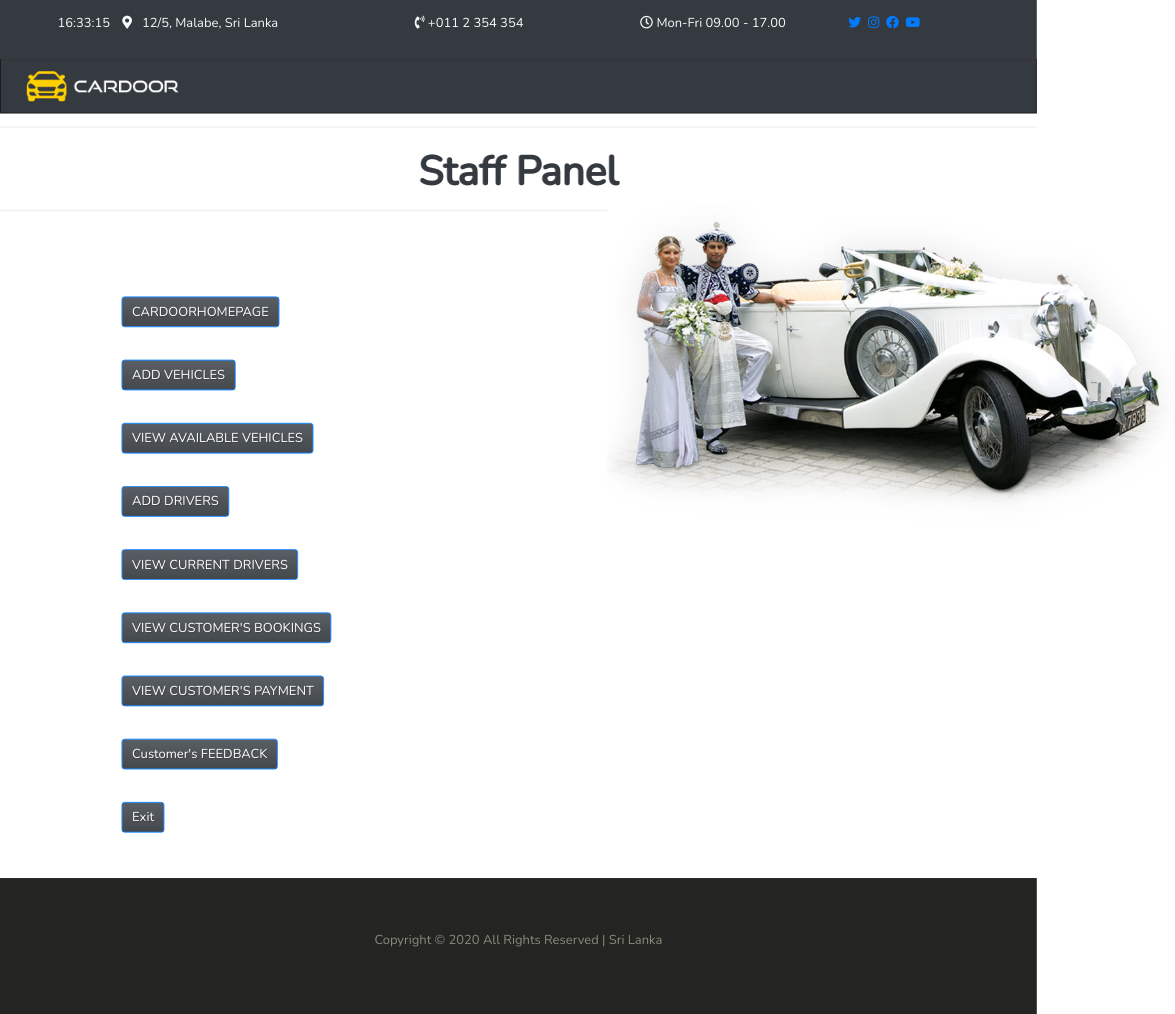
Repository: NipunLakshan99/Cardoor
Page: http://localhost/RentCar/StaffMenu.jsp
The author's editor kept a copy of each file at every save. The page is drawn from the files as they stood at one save, then again after the next save.
The browser window is 1280 px wide. The page is 1450 px wide, so the pictures cover 1450 px, including what lies to the right of the window. The pictures show the whole page, at 81% of full size.
Some web libraries are served in a nearby version. The page is served by Tomcat 9.

Above is the page before, as saved 2020-05-13 11:27:13.

After the next save:
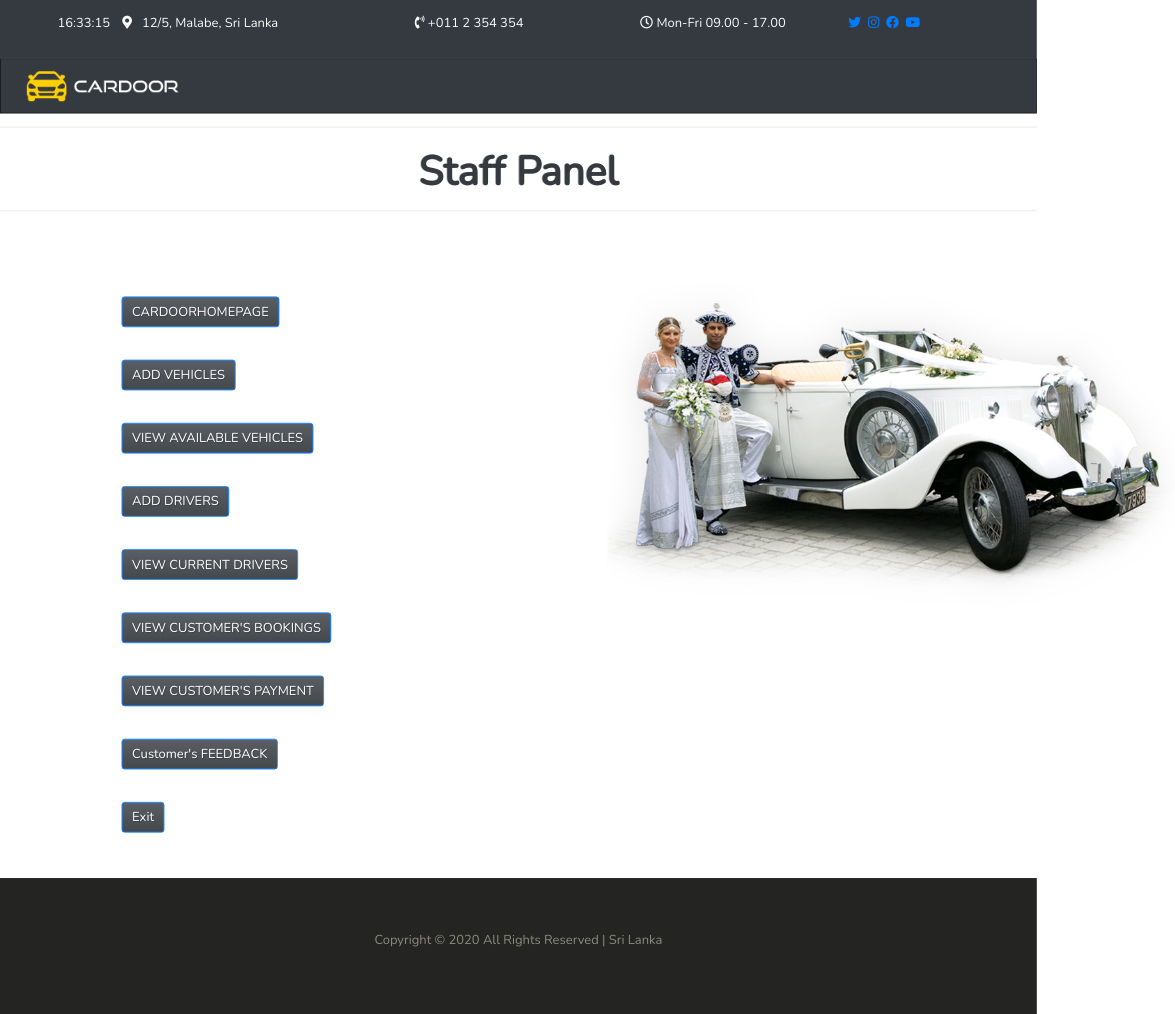
Saved 29 s later.
--- a/RentCar/WebContent/CSS/stylesheet.css
+++ b/RentCar/WebContent/CSS/stylesheet.css
@@ -77,7 +77,7 @@
 	position:absolute;
 	left:700px;
 	margin-left: 50px;
-	top:250px;
+	top:350px;
 
 }
 
